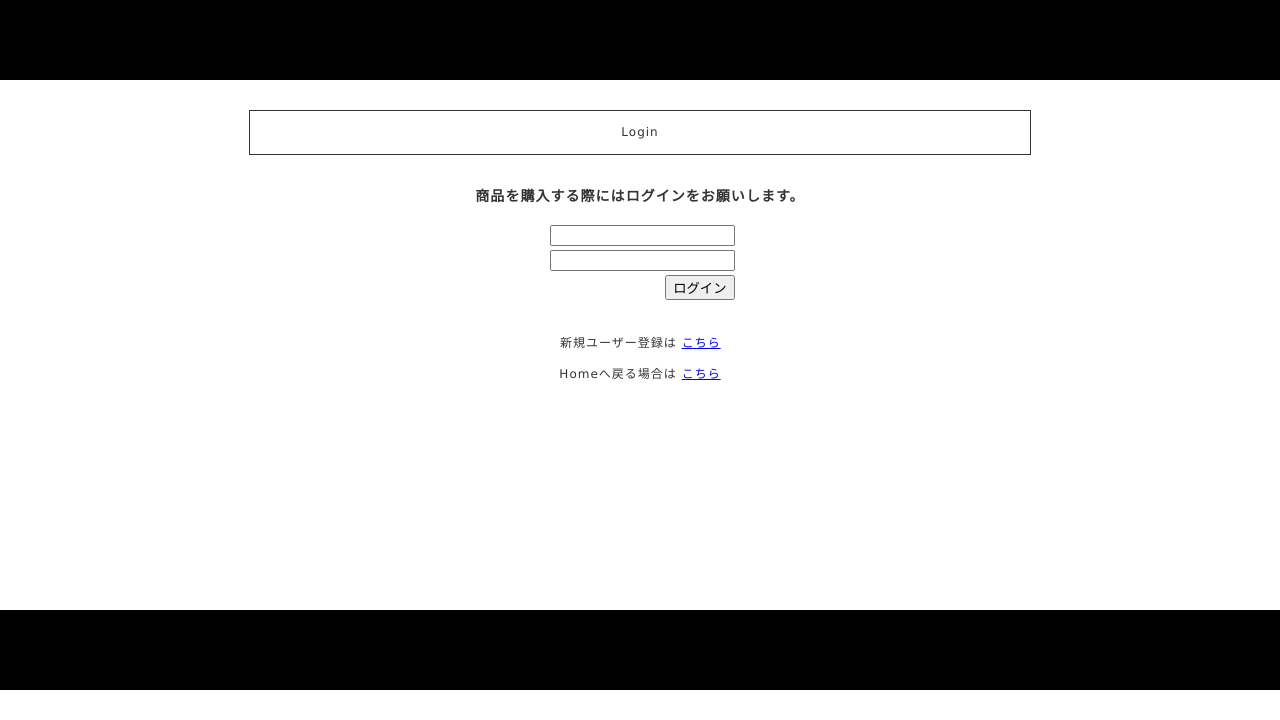
Repository: yanaiwataru/test
Page: http://localhost/ecsite/HomeAction.action
The author's editor kept a copy of each file at every save. The page is drawn from the files as they stood at one save, then again after the next save.
The browser window is 1280 px wide. The pictures show the whole page.
The page is served by Tomcat 9.

Above is the page before, as saved 2018-03-09 12:15:44.

After the next save:
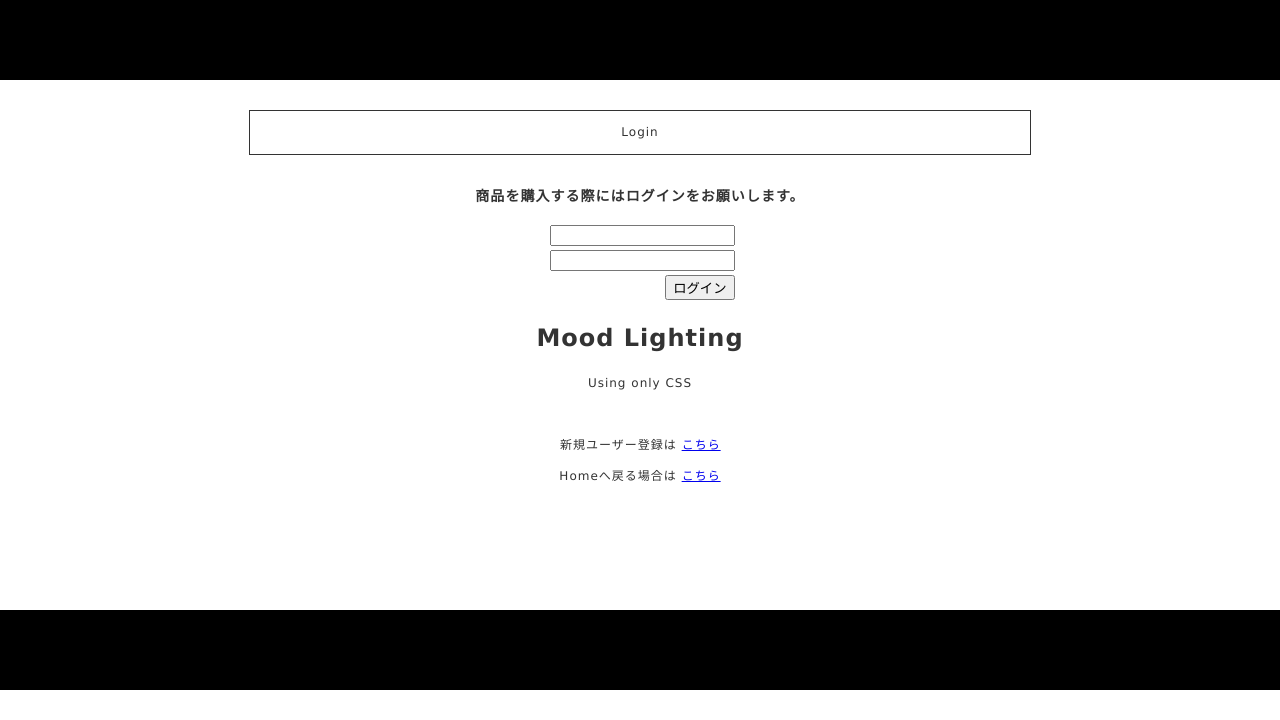
Saved 42 s later.
--- a/ecsite/WebContent/login.jsp
+++ b/ecsite/WebContent/login.jsp
@@ -86,6 +86,16 @@
 <s:submit value="ログイン"/>
 
 </s:form>
+
+<div class="holder">
+    <div class="first"></div>
+    <div class="second"></div>
+    <div class="third"></div>
+    <div class="txt">
+      <h1>Mood Lighting</h1>
+      <p>Using only CSS</p>
+    </div>
+  </div>
 <br/>
 
 <div id="text-link">

After the save that followed:
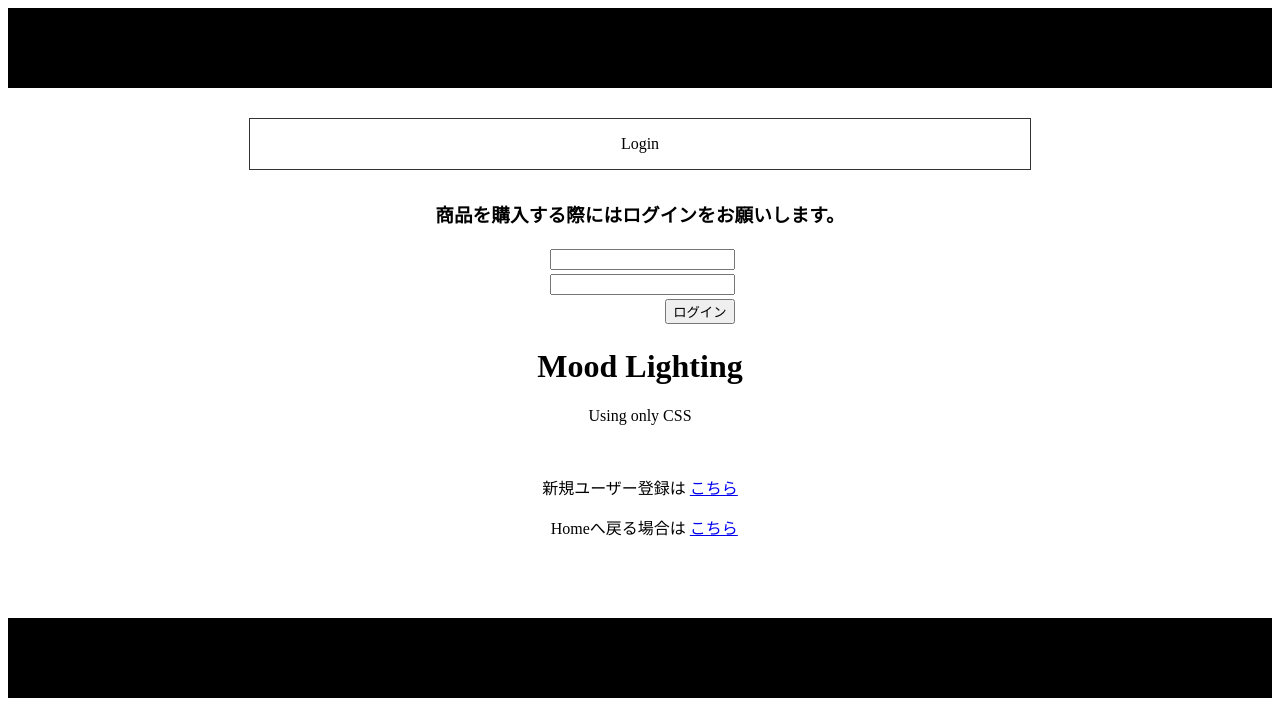
Saved 58 s later.
--- a/ecsite/WebContent/login.jsp
+++ b/ecsite/WebContent/login.jsp
@@ -15,6 +15,7 @@
 <meta name="keywords" content="" />
 <title>Login画面</title>
 <style type="text/css">
+<link rel="stylesheet"type="text/css" href="css/login.css">
 
 
 
